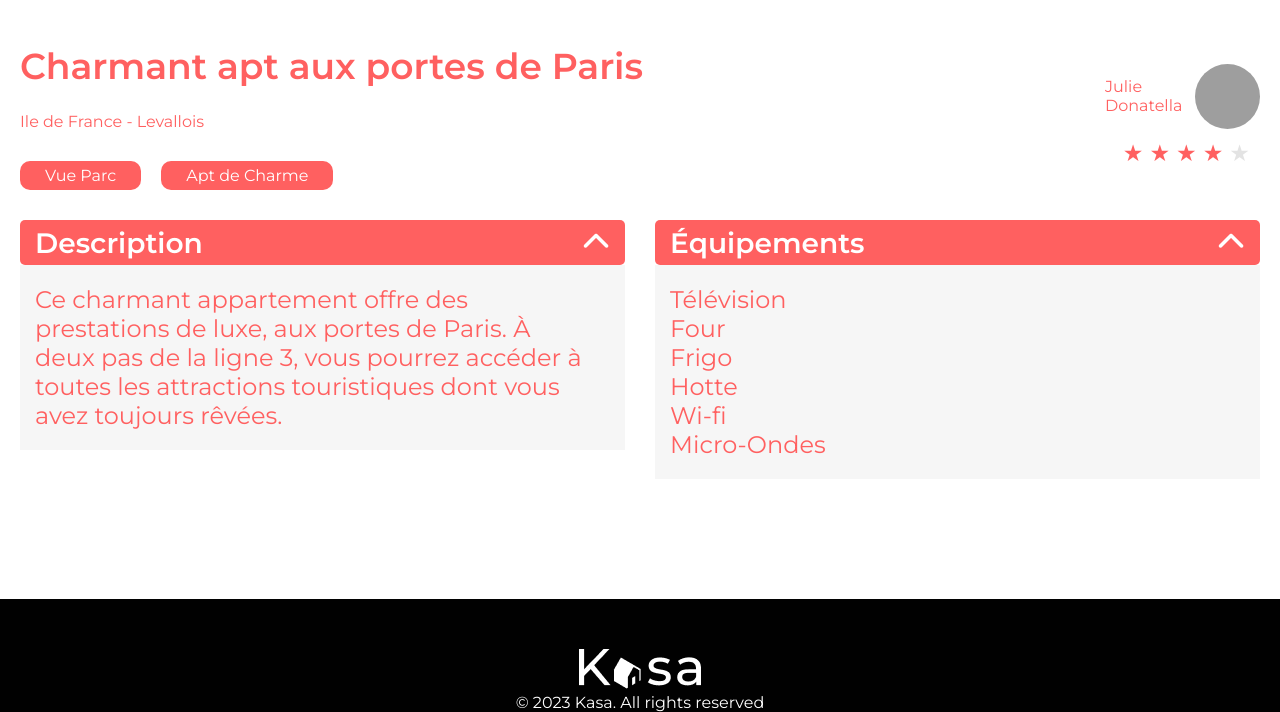
Repository: Ascaris29/Kasa_oc
Page: /logement/1e180563 (app in kasa_project/)
The author's editor kept a copy of each file at every save. The page is drawn from the files as they stood at one save, then again after the next save.
The browser window is 1280 px wide. The pictures show the part of the page from y = 552 to 1320 px (the page is 1264 px tall before and 1320 px after).
Pictures or frames that could not be fetched are drawn as grey boxes. Some web libraries are served in a nearby version. The project was rebuilt for these pictures with package versions that can differ from the ones it lists, and the page was loaded fresh each time. Also part of the build but not shown: kasa_project/src/pages/404/404.module.scss, kasa_project/src/pages/404/404.js, kasa_project/src/pages/a_propos/APropos.module.scss, kasa_project/src/pages/a_propos/APropos.js, kasa_project/src/pages/homepage/Homepage.module.scss, kasa_project/src/pages/homepage/components/CardLogement.module.scss, kasa_project/src/pages/homepage/components/CardLogement.js, kasa_project/src/pages/homepage/Homepage.js.

Above is the page before, as saved 2023-03-18 16:32:29.

After the next save:
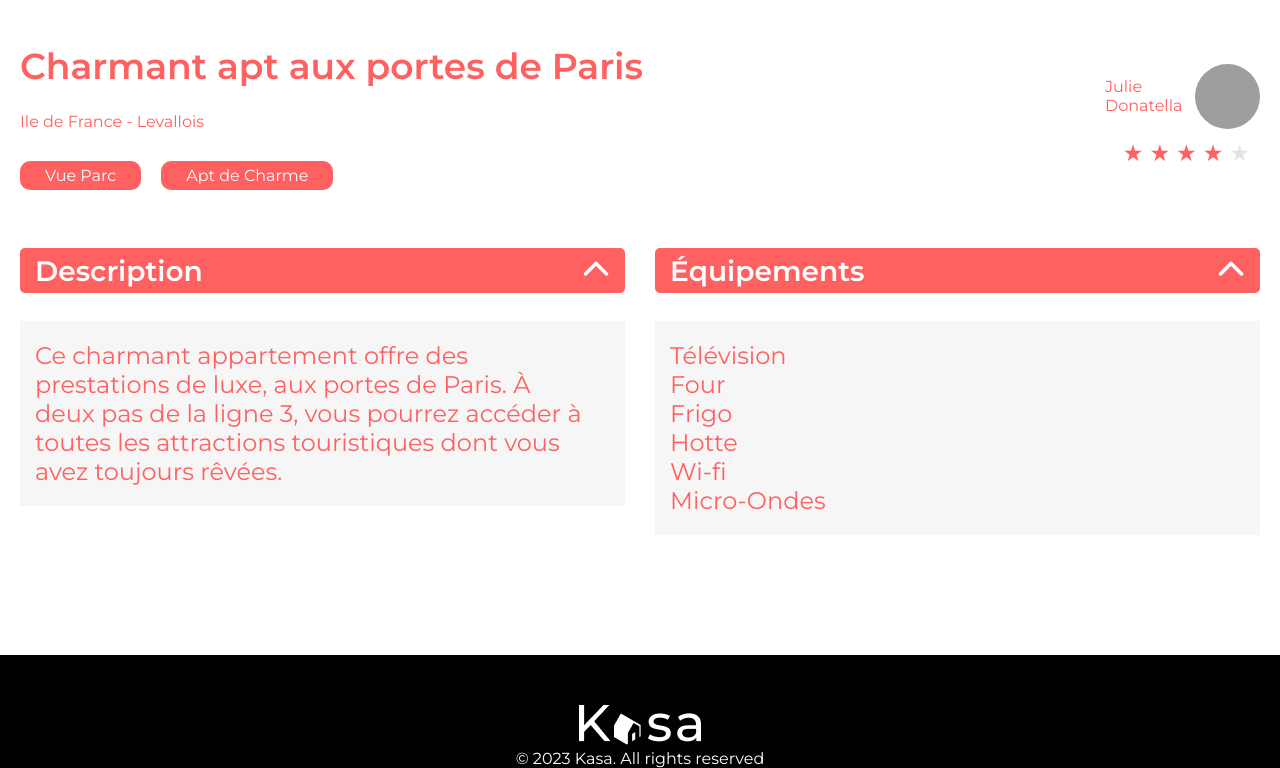
Saved 13 s later.
--- a/kasa_project/src/pages/a_propos/components/carddescription/CardDescription.module.scss
+++ b/kasa_project/src/pages/a_propos/components/carddescription/CardDescription.module.scss
@@ -14,7 +14,6 @@
                 padding: 0 15px;
                 color:white;
                 border-radius:5px;
-                margin:0;
                 cursor:pointer;
             }
             .cardDescriptionHidden{

After the save that followed:
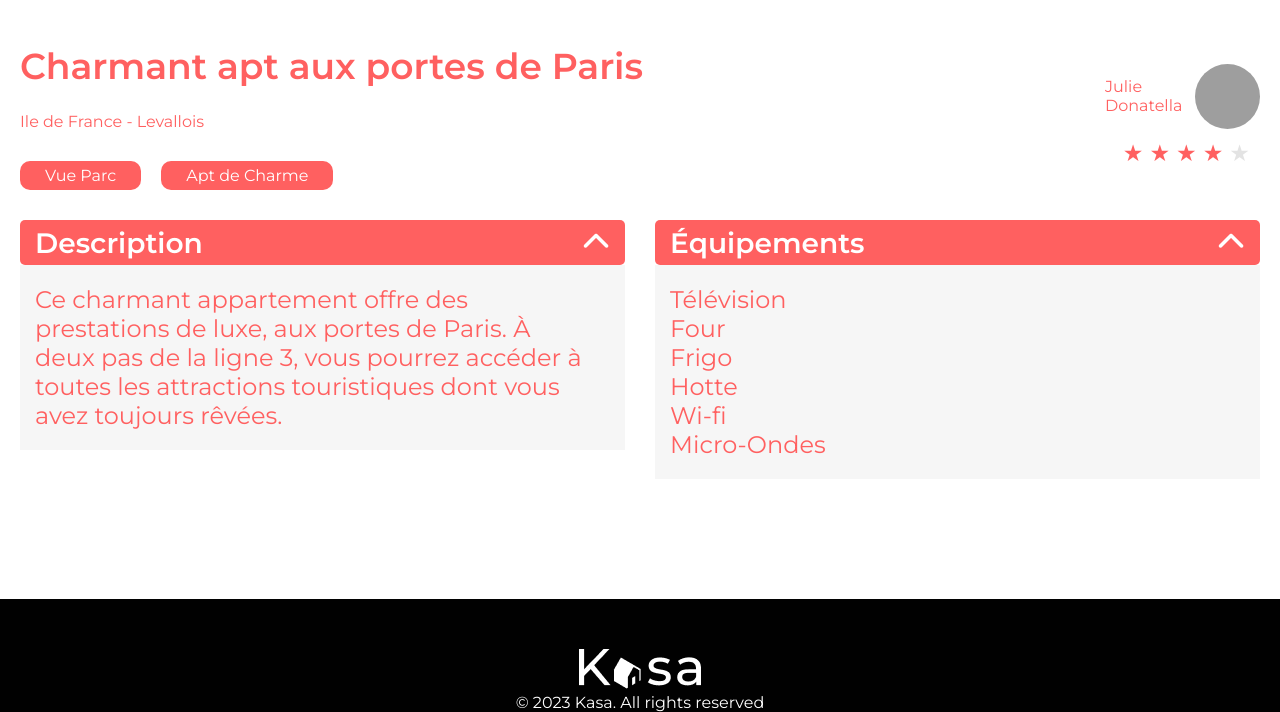
Saved 24 s later.
--- a/kasa_project/src/pages/a_propos/components/carddescription/CardDescription.module.scss
+++ b/kasa_project/src/pages/a_propos/components/carddescription/CardDescription.module.scss
@@ -14,6 +14,7 @@
                 padding: 0 15px;
                 color:white;
                 border-radius:5px;
+                margin:0;
                 cursor:pointer;
             }
             .cardDescriptionHidden{
